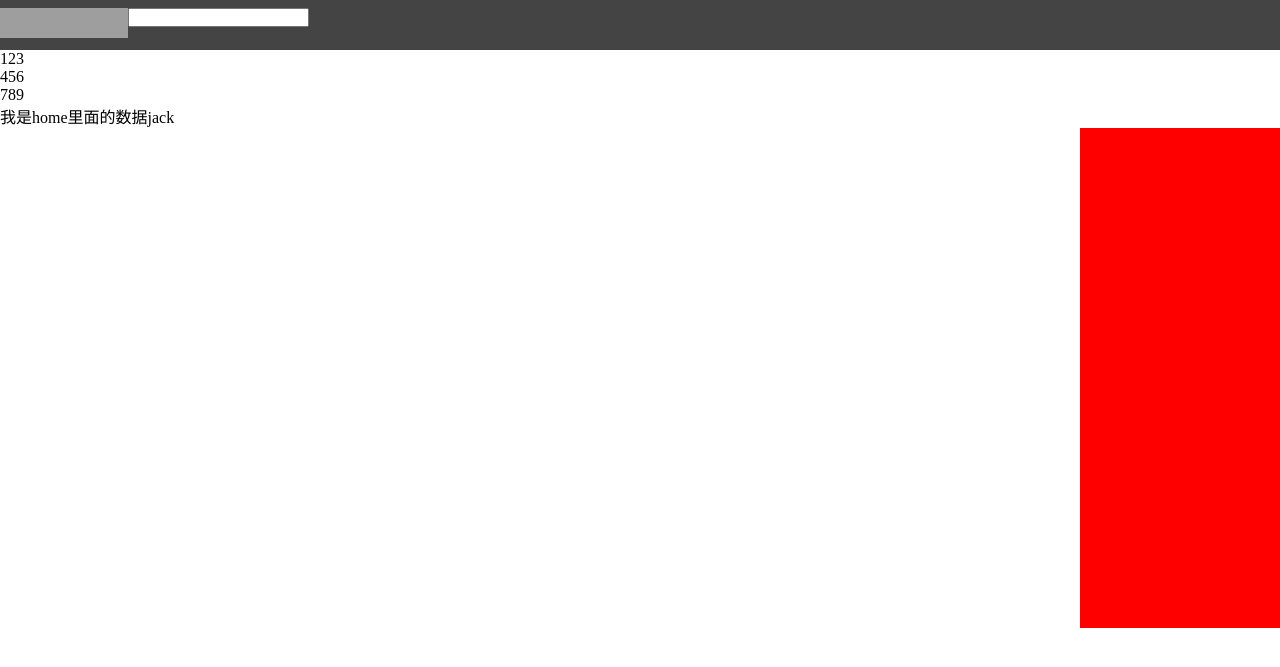
Repository: jinggegeZ/cnode
Page: /
An editor plug-in stored every save of this project. The page is shown before and after the next save, followed by the edit.
The browser window is 1280 px wide. The pictures show the whole page.
Pictures or frames that could not be fetched are drawn as grey boxes. The project was rebuilt for these pictures with package versions that can differ from the ones it lists, and the page was loaded fresh each time.

Above is the page before, as saved 2020-06-05 09:47:45.

After the next save:
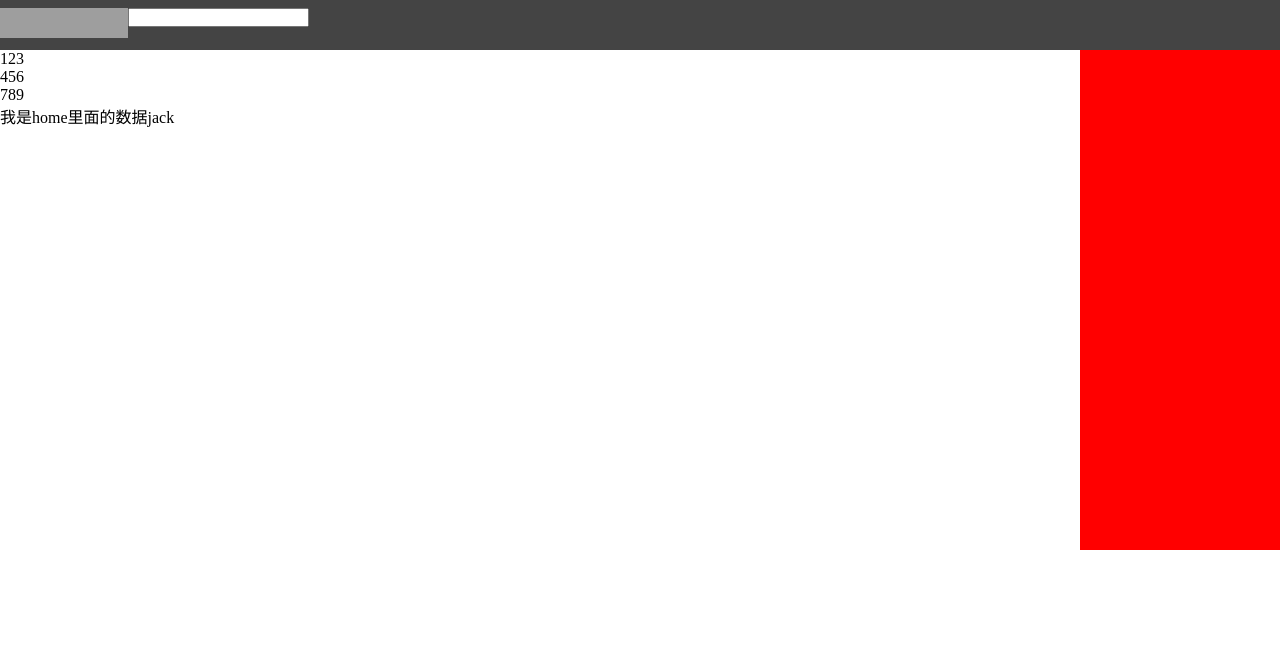
Saved 69 min 17 s later.
--- a/src/components/right/right.vue
+++ b/src/components/right/right.vue
@@ -36,5 +36,6 @@
         background: red;
         position: absolute;
         right: 0;
+        top: 50px;
     }
 </style>
